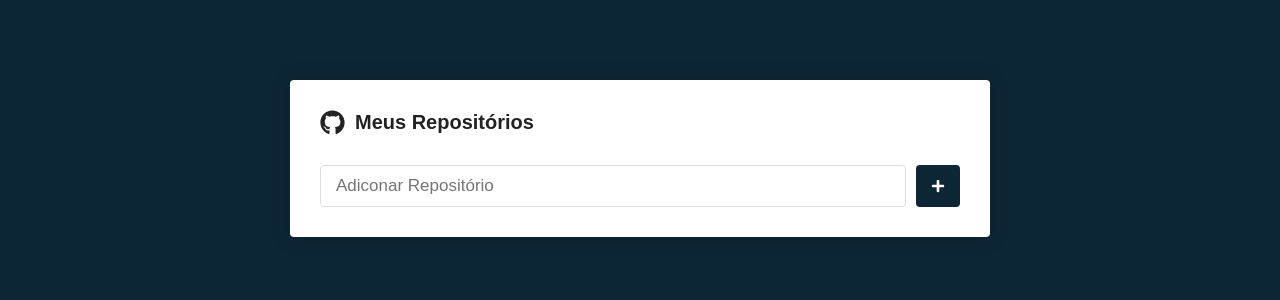
Repository: wellingtondevops/repo-git
Page: /
The author's editor kept a copy of each file at every save. The page is drawn from the files as they stood at one save, then again after the next save.
The browser window is 1280 px wide. The pictures show the whole page.
The project was rebuilt for these pictures with package versions that can differ from the ones it lists, and the page was loaded fresh each time. A package was used in the major version that the imports need, not the one package.json lists. Also part of the build but not shown: src/pages/Repositorio/index.js.

Above is the page before, as saved 2025-06-24 22:16:30.

After the next save:
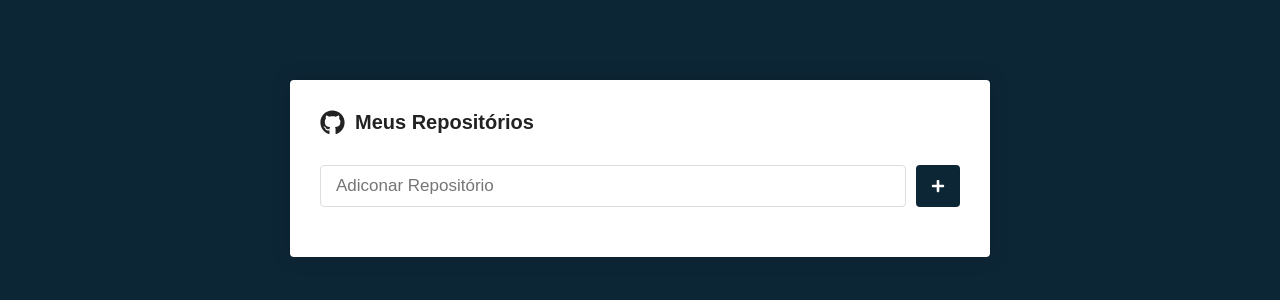
Saved 26 s later.
--- a/src/pages/Main/style.js
+++ b/src/pages/Main/style.js
@@ -79,5 +79,7 @@ export const SubmitButton = styled.button.attrs(props => ({
 `;
 
 export const List = styled.ul`
+list-style: nome;
+margin-top: 20px
 
   `;
